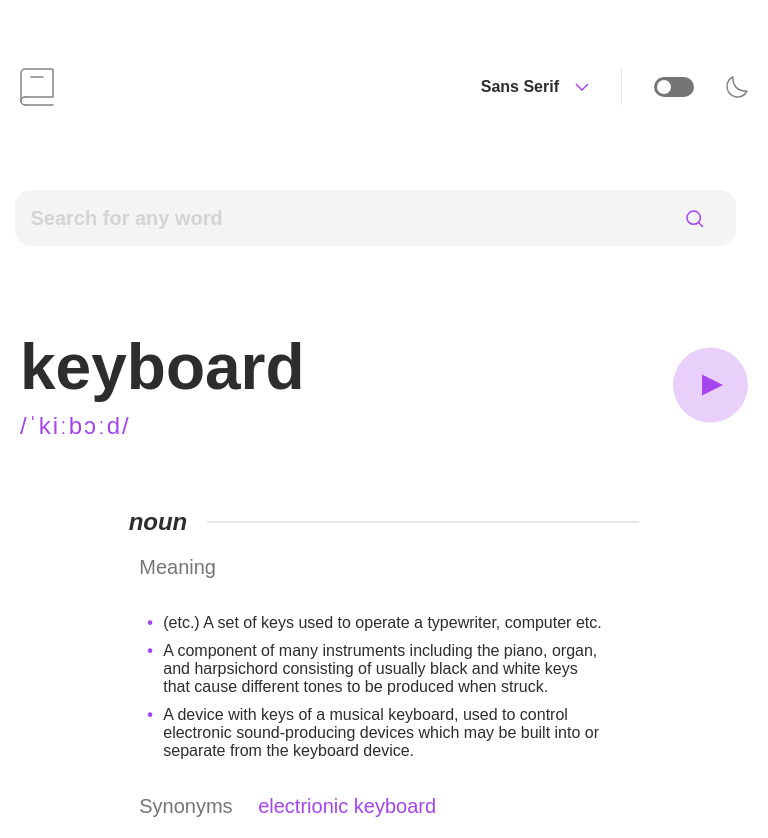
Repository: Arkitecth/dictionary-app
Page: index.html
These files come from the project's save history. The page is drawn as it stood at one moment and after the next save; the edit follows.
The browser window is 768 px wide. The pictures show the whole page.

Above is the page before, as saved 2023-07-20 17:41:31.

### index.html
<!DOCTYPE html>
<html lang="en">
<head>
  <meta charset="UTF-8">
  <meta name="viewport" content="width=device-width, initial-scale=1.0">
  <link rel="stylesheet" href="styles.css">
  <title>Dictionary</title>
</head>
<body>

  <!-- Navigation -->
  <nav>
    <img src="assets/images/logo.svg" alt="logo">

    <div class="right">
      <div class="fonts">
        <p>Sans Serif</p>
        <img src="assets/images/icon-arrow-down.svg" alt="icon-arrow-down">
      </div>

      <div class="ruler"></div>

      <div class="togglers">
        <!-- Rounded switch -->
        <label class="switch">
          <input type="checkbox">
          <span class="slider round"></span>
        </label>
        <img src="assets/images/icon-moon.svg" alt="moon-icon">
      </div>
    </div>
  </nav>


  <!-- Search Bar -->
  <section class="search">
    <label for="search-bar"></label>
    <input type="text" name="search-bar" id="search-bar" placeholder="Search for any word">
    <img src="assets/images/icon-search.svg" alt="search-icon" class="search-icon">
  </section>


  <main>
    <section class="word-view">
      <div class="word-group">
        <h1>keyboard</h1>
        <p>/ˈkiːbɔːd/</p>
      </div>
      <img class="icon-play" src="assets/images/icon-play.svg" alt="icon-play">
    </section>

    <div class="speech-part-group">
      <p class="speech-part">noun</p>
      <div class="grey-rule"></div>
    </div>

    <section class="description">
      <p>Meaning</p>
      <ul>
        <li>(etc.) A set of keys used to operate a typewriter, computer etc.</li>
        <li>A component of many instruments including the piano, organ, and harpsichord consisting of usually black and white keys that cause different tones to be produced when struck.</li>
        <li>A device with keys of a musical keyboard, used to control electronic sound-producing devices which may be built into or separate from the keyboard device.</li>
      </ul>
      <p class="synonymn">Synonyms <span>electrionic keyboard</span></p>

    </section>

    <!-- <div class="speech-part-group">
      <p class="speech-part">noun</p>
      <div class="grey-rule"></div>
    </div>

    <section class="description">
      <p>Meaning</p>
      <ul>
        <li>(etc.) A set of keys used to operate a typewriter, computer etc.</li>
        <li>A component of many instruments including the piano, organ, and harpsichord consisting of usually black and white keys that cause different tones to be produced when struck.</li>
        <li>A device with keys of a musical keyboard, used to control electronic sound-producing devices which may be built into or separate from the keyboard device.</li>
      </ul>
      <p class="synonymn">Synonyms <span>electrionic keyboard</span></p>

    </section>
    -->




  </main>

</body>
</html>

### styles.css
:root {
    --dark-grey: #757575;
    --purple:#a445ed;
    --light-grey:#f4f4f4;
    --dark-three:#2d2d2d;
    --lighter-grey:#e9e9e9;
}


* {
    margin: 0;
    padding: 0;
}



/* Main Styling */
body {
    max-width: 1100px;
    margin: 0 auto;
    font-family: sans-serif;
    color: var(--dark-three);
}


/* Light Styling */

/* Nav Styling */
nav {
    display: flex;
    justify-content: space-around;
    margin-top: 3rem;
}

.right {
    display: flex;
    gap: 2rem;
}

.fonts {
    display: flex;
    gap: 1rem;
    align-items: center;
    font-weight: 600;
}

.ruler {
    width: 1px;
    background-color: #e9e9e9;
}

.togglers {
    display: flex;
    gap: 2rem;
    align-items: center;
}



/* The switch - the box around the slider */
.switch {
  position: relative;
  display: inline-block;
  width: 40px;
  height: 20px;
}

/* Hide default HTML checkbox */
.switch input {
  opacity: 0;
  width: 0;
  height: 0;
}

/* The slider */
.slider {
  position: absolute;
  cursor: pointer;
  top: 0;
  left: 0;
  right: 0;
  bottom: 0;
  background-color: var(--dark-grey);
  -webkit-transition: .4s;
  transition: .4s;
}

.slider:before {
  position: absolute;
  content: "";
  height: 14px;
  width: 14px;
  left: 3px;
  bottom: 3px;
  background-color: white;
  -webkit-transition: .4s;
  transition: .4s;
}

input:checked + .slider {
  background-color: var(--purple)
}

input:focus + .slider {
  box-shadow: 0 0 1px var(--purple)
}

input:checked + .slider:before {
  -webkit-transform: translateX(20px);
  -ms-transform: translateX(20px);
  transform: translateX(20px);
}

/* Rounded sliders */
.slider.round {
  border-radius: 34px;
}

.slider.round:before {
  border-radius: 50%;
}



/* Search */

.search {
    text-align: center;
    margin-top: 4rem;
    display: flex;
    justify-content: center;
}

input[type="text"] {
    width:60%;
    height: 1.5rem;
    padding: 1rem;
    border-radius: 16px;
    border: none;
    background-color: var(--light-grey);
    outline: none;
    font-size: 20px;
    font-weight: 700;

}

input[type="text"]:active,
input[type="text"]:focus {
    border: 1px solid var(--purple);
}


input[type="text"]::placeholder {
    opacity: 0.25;
}

.search-icon {
    transform: translate(-50px,1px);
    text-align: center;
}



/* Word View */

.word-view {
    text-align: center;
    margin-top: 4rem;
    display: flex;
    justify-content: space-around;
}
.word-group h1 {
    font-size: 4rem;
}

.word-group p {
    text-align: left;
    font-size: 1.5rem;
    color: var(--purple);
    font-weight: 400;
    padding-top: 0.5rem;
    letter-spacing: 2px;
}


/* Speech Part(noun, pronoun, verb) */
.speech-part-group {
    display: flex;
    justify-content: center;
    align-items: center;
    gap: 20px;
    margin-top: 3rem;
}
.speech-part {
    text-align: left;
    font-size: 2rem;
    font-weight: 700;
    font-style: italic;
}
.grey-rule {
    border: 1px solid var(--lighter-grey);
    height: 0;
    width: 56%;
}

/* Description */
.description {
    /* width: fit-content;
    margin: 0 auto;
    margin-top: 2rem; */
    width: 64%;
    /* margin-left: 17.5%; */
    margin: 0 auto;
}


.description p {
    color: var(--dark-grey);
    text-align: left;
    font-size: 1.25rem;
    padding: 20px 1px;

}

ul {
    text-align: left;
    padding: 10px 20px;
    list-style: none;
}
ul li::before {
    content: "\2022";
    width: 1rem;
    font-weight: bold;
    display: inline-block;
    margin-left: -1em;
    color: var(--purple);
}
ul li{
    padding: 5px;
    color: var(--dark-three);
}
.synonymn span {
    color: var(--purple);
    padding: 0 20px;
}


/* Mobile Styels */

@media screen and (max-width:375px) {

    input[type="text"] {
        width: 327px;
    }
    .search {
        margin-left: 10px;
    }

    .word-group h1 {
        font-size: 32px;
    }

    .icon-play {
        width: 48px;
    }

    .description {
        width: 275px;
    }

    .speech-part {
        font-size: 18px;
    }

    .description p {
        font-size: 16px;
    }
}

@media screen and (max-width:768px) {
    nav {
        justify-content: space-between;
        padding: 20px;
    }
    input[type="text"] {
        width: 689px;
    }

    .word-view {
        justify-content: space-between;
        padding: 20px;
    }

    .speech-part {
        text-align: left;
        font-size: 24px;
    }
    .grey-rule {
        border: 1px solid var(--lighter-grey);
        height: 0;
        width: 56%;
    }

}

After the next save:
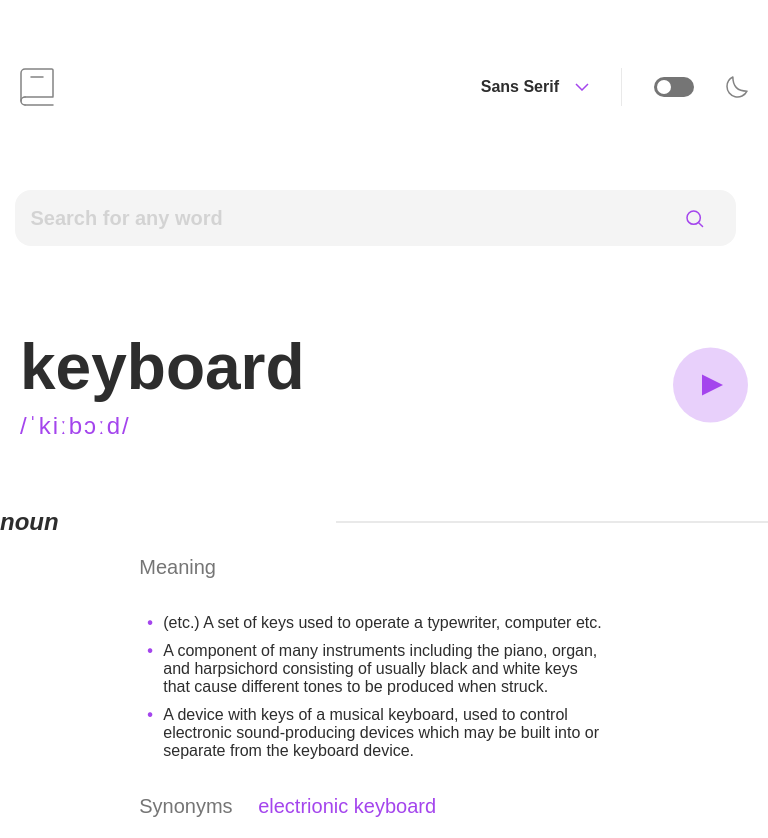
Saved 102 s later.
--- a/styles.css
+++ b/styles.css
@@ -291,6 +291,10 @@
         padding: 20px;
     }
 
+    .speech-part-group {
+        justify-content: space-between;
+    }
+
     .speech-part {
         text-align: left;
         font-size: 24px;
